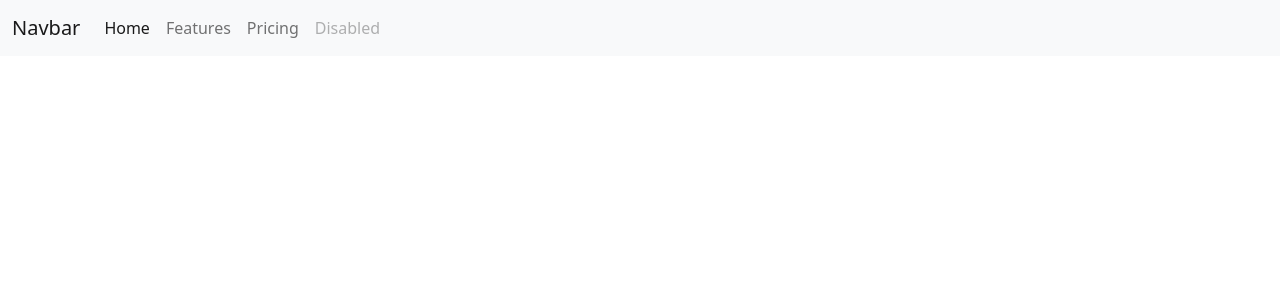
Repository: zeeShanizeeshan/php-project
Page: http://localhost/?login=true
These files come from the project's save history. The page is drawn as it stood at one moment and after the next save; the edit follows.
The browser window is 1280 px wide. The pictures show the whole page.
The page is run by PHP 8.4 with error messages shown; the project is at /var/www/html/.

Above is the page before, as saved 2025-12-02 16:09:40.

### index.php
<!DOCTYPE html>
<html lang="en">
<head>
    <meta charset="UTF-8">
    <title>Discuss Project</title>
    <?php include('./client/commonFiles.php') ?>
</head>
<body>
        <?php include('./client/header.php') ?>

</body>
</html>

### client/commonFiles.php
<link href="https://cdn.jsdelivr.net/npm/bootstrap@5.0.2/dist/css/bootstrap.min.css" rel="stylesheet" integrity="sha384-EVSTQN3/azprG1Anm3QDgpJLIm9Nao0Yz1ztcQTwFspd3yD65VohhpuuCOmLASjC" crossorigin="anonymous">
<script src="https://cdn.jsdelivr.net/npm/bootstrap@5.0.2/dist/js/bootstrap.bundle.min.js" integrity="sha384-MrcW6ZMFYlzcLA8Nl+NtUVF0sA7MsXsP1UyJoMp4YLEuNSfAP+JcXn/tWtIaxVXM" crossorigin="anonymous"></script>

### client/header.php
<nav class="navbar navbar-expand-lg navbar-light bg-light">
  <div class="container-fluid">
    <a class="navbar-brand" href="#">Navbar</a>
    <button class="navbar-toggler" type="button" data-bs-toggle="collapse" data-bs-target="#navbarNav" aria-controls="navbarNav" aria-expanded="false" aria-label="Toggle navigation">
      <span class="navbar-toggler-icon"></span>
    </button>
    <div class="collapse navbar-collapse" id="navbarNav">
      <ul class="navbar-nav">
        <li class="nav-item">
          <a class="nav-link active" aria-current="page" href="#">Home</a>
        </li>
        <li class="nav-item">
          <a class="nav-link" href="#">Features</a>
        </li>
        <li class="nav-item">
          <a class="nav-link" href="#">Pricing</a>
        </li>
        <li class="nav-item">
          <a class="nav-link disabled" href="#" tabindex="-1" aria-disabled="true">Disabled</a>
        </li>
      </ul>
    </div>
  </div>
</nav>

After the next save:
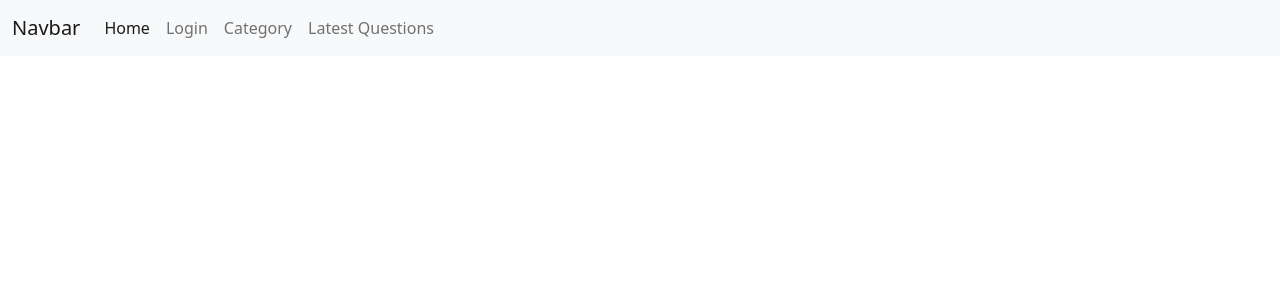
Saved 2 min 14 s later.
--- a/client/header.php
+++ b/client/header.php
@@ -10,13 +10,13 @@
           <a class="nav-link active" aria-current="page" href="#">Home</a>
         </li>
         <li class="nav-item">
-          <a class="nav-link" href="#">Features</a>
+          <a class="nav-link" href="#">Login</a>
         </li>
         <li class="nav-item">
-          <a class="nav-link" href="#">Pricing</a>
+          <a class="nav-link" href="#">Category</a>
         </li>
         <li class="nav-item">
-          <a class="nav-link disabled" href="#" tabindex="-1" aria-disabled="true">Disabled</a>
+          <a class="nav-link" href="#">Latest Questions</a>
         </li>
       </ul>
     </div>
